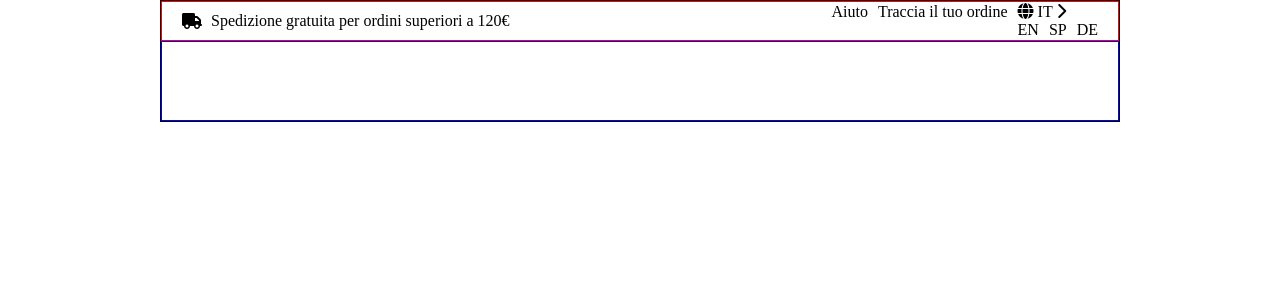
Repository: jacoporm1989/studioFlexbox
Page: FLEXBOX/Header+Navbar1/index.html
The author's editor kept a copy of each file at every save. The page is drawn from the files as they stood at one save, then again after the next save.
The browser window is 1280 px wide. The pictures show the whole page.

Above is the page before, as saved 2026-06-08 17:06:08.

After the next save:
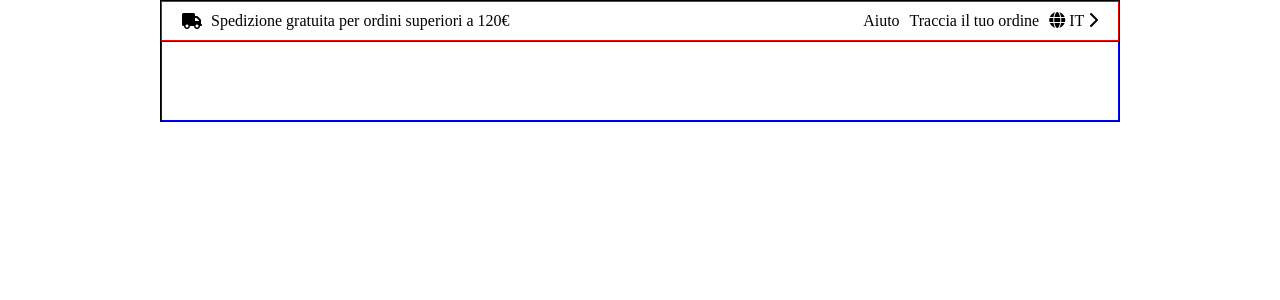
Saved 26 s later.
--- a/FLEXBOX/Header+Navbar1/index.css
+++ b/FLEXBOX/Header+Navbar1/index.css
@@ -62,7 +62,7 @@
 
 
 
-.right-bar ul{
+.right-bar > ul{
     display:flex;
     flex-direction:row;
     list-style: none;

After the save that followed:
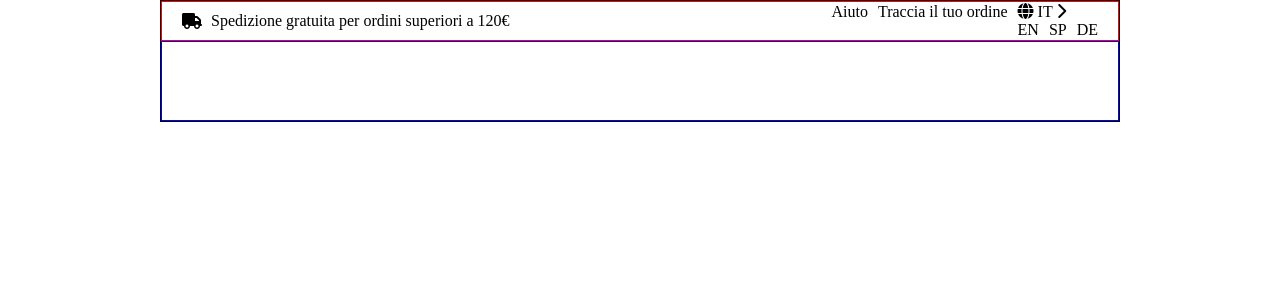
Saved 18 s later.
--- a/FLEXBOX/Header+Navbar1/index.css
+++ b/FLEXBOX/Header+Navbar1/index.css
@@ -62,7 +62,7 @@
 
 
 
-.right-bar > ul{
+.right-bar  ul{
     display:flex;
     flex-direction:row;
     list-style: none;
